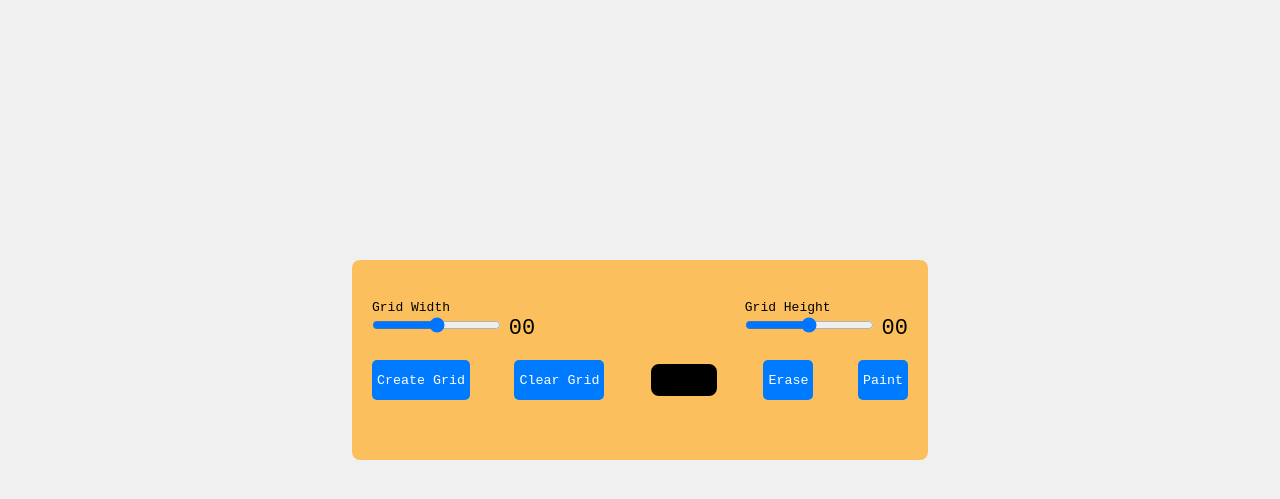
Repository: radisyah/Pixel_Art_Generator
Page: index.html
An editor plug-in stored every save of this project. The page is shown before and after the next save, followed by the edit.
The browser window is 1280 px wide. The pictures show the whole page.

Above is the page before, as saved 2024-11-20 12:42:14.

### index.html
<!DOCTYPE html>
<html lang="en">
<head>
    <meta charset="UTF-8">
    <meta name="viewport" content="width=device-width, initial-scale=1.0">
    <link rel="stylesheet" href="style.css">
    <title>#1 - Pixel Art Generator | AsmrProg</title>
</head>
<body>

    <div class="wrapper">

        <div class="options">
            <div class="option-wrapper">
                <div class="slider">
                    <label for="width-range">Grid Width</label>
                    <input type="range" id="width-range" min="1" max="35">
                    <span id="width-value">00</span>
                </div>
                <div class="slider">
                    <label for="height-range">Grid Height</label>
                    <input type="range" id="height-range" min="1" max="35">
                    <span id="height-range">00</span>
                </div>
            </div>

            <div class="option-wrapper">
                <button id="submit-grid">Create Grid</button>
                <button id="clear-grid">Clear Grid</button>
                <input type="color" id="color-input">
                <button id="erase-btn">Erase</button>
                <button id="paint-btn">Paint</button>
            </div>

        </div>

        <div class="container"></div>

    </div>

    <script src="index.js"></script>

</body>
</html>

### style.css
*{
    padding: 0;
    margin: 0;
    box-sizing: border-box;
    font-family: monospace;
}

body{
    background-color: #f0f0f0;
}

.wrapper{
    background-color: #fbc05d;
    width: 80vmin;
    position: absolute;
    transform: translate(-50%, -50%);
    top: 50%;
    left: 50%;
    padding: 40px 20px;
    border-radius: 8px;
}

label{
    display: block;
}

span{
    position: relative;
    font-size: 22px;
    bottom: -1px;
}

.option-wrapper{
    display: flex;
    justify-content: space-between;
    margin-bottom: 20px;
    gap: 10px;
}

button{
    background-color: #007bff;
    border: 0;
    border-radius: 5px;
    padding: 5px;
    color: white;
}

input[type="color"]{
    -webkit-appearance: none;
    -moz-appearance: none;
    appearance: none;
    background-color: transparent;
    width: 70px;
    height: 40px;
    border: none;
    cursor: pointer;
}

input[type="color"]::-webkit-color-swatch{
    border-radius: 8px;
    border: 4px solid black;
}

.gridCol{
    height: 1em;
    width: 1em;
    border: 1px solid #ddd;
}

.gridRow{
    display: flex;
}

@media only screen and (max-width: 768px){
    .gridCol{
        height: 0.8em;
        width: 0.8em;
    }
}

Loaded but not shown: index.js (no stored copy; drawn as an empty file)

After the next save:
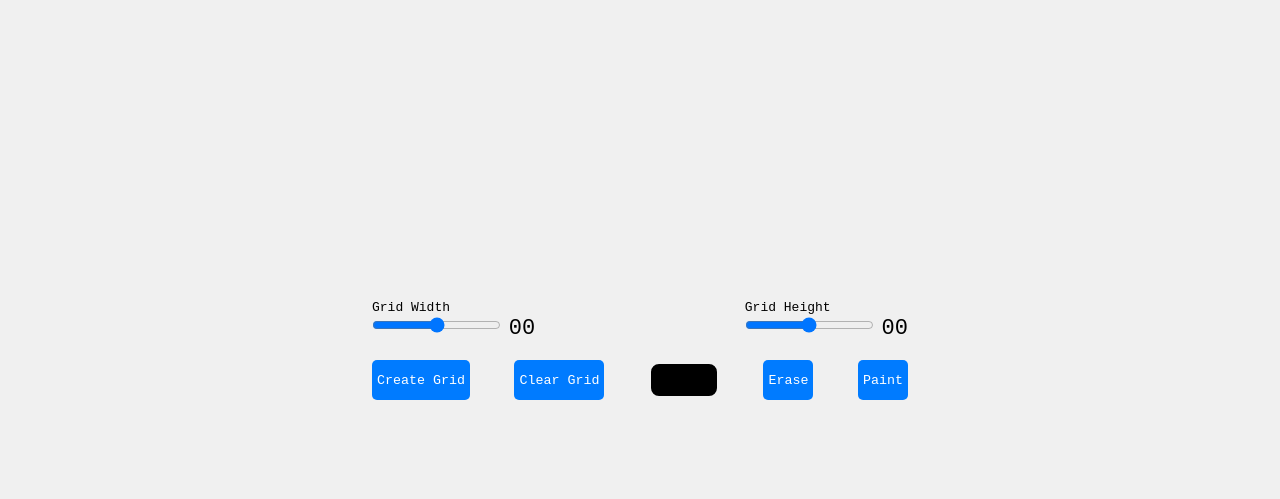
Saved 13 s later.
--- a/style.css
+++ b/style.css
@@ -10,7 +10,7 @@ body{
 }
 
 .wrapper{
-    background-color: #fbc05d;
+    background-color: #green;
     width: 80vmin;
     position: absolute;
     transform: translate(-50%, -50%);
